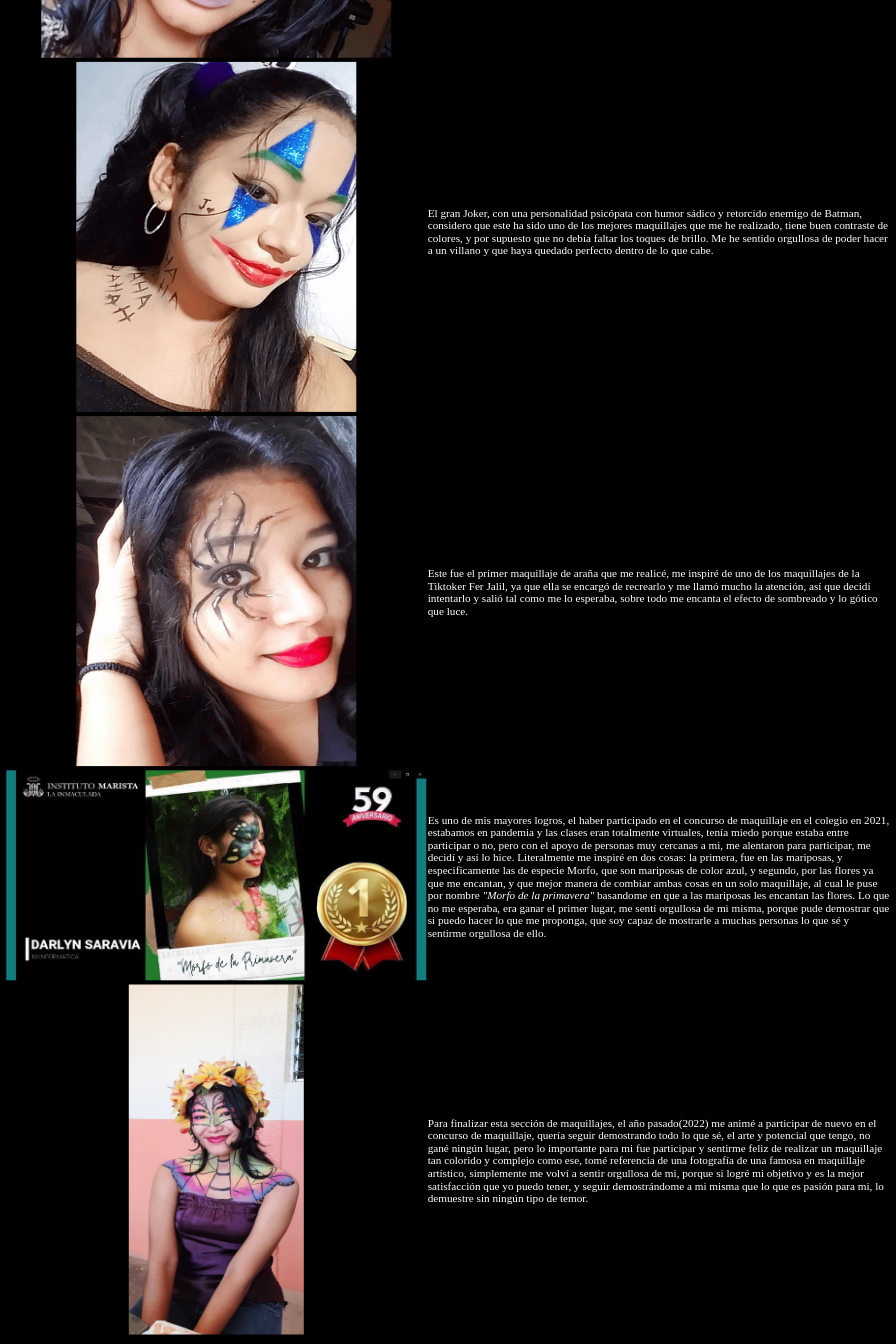
Repository: darlyn-saravia27/portafolio-darlynsaravia
Page: archivoshtml/maquillaje.html
These files come from the project's save history. The page is drawn as it stood at one moment and after the next save; the edit follows.
The browser window is 1280 px wide. The pictures show the part of the page from y = 3088 to 5008 px (the page is 5008 px tall before and 4908 px after), at 70% of full size.

Above is the page before, as saved 2023-03-07 02:32:17.

After the next save:
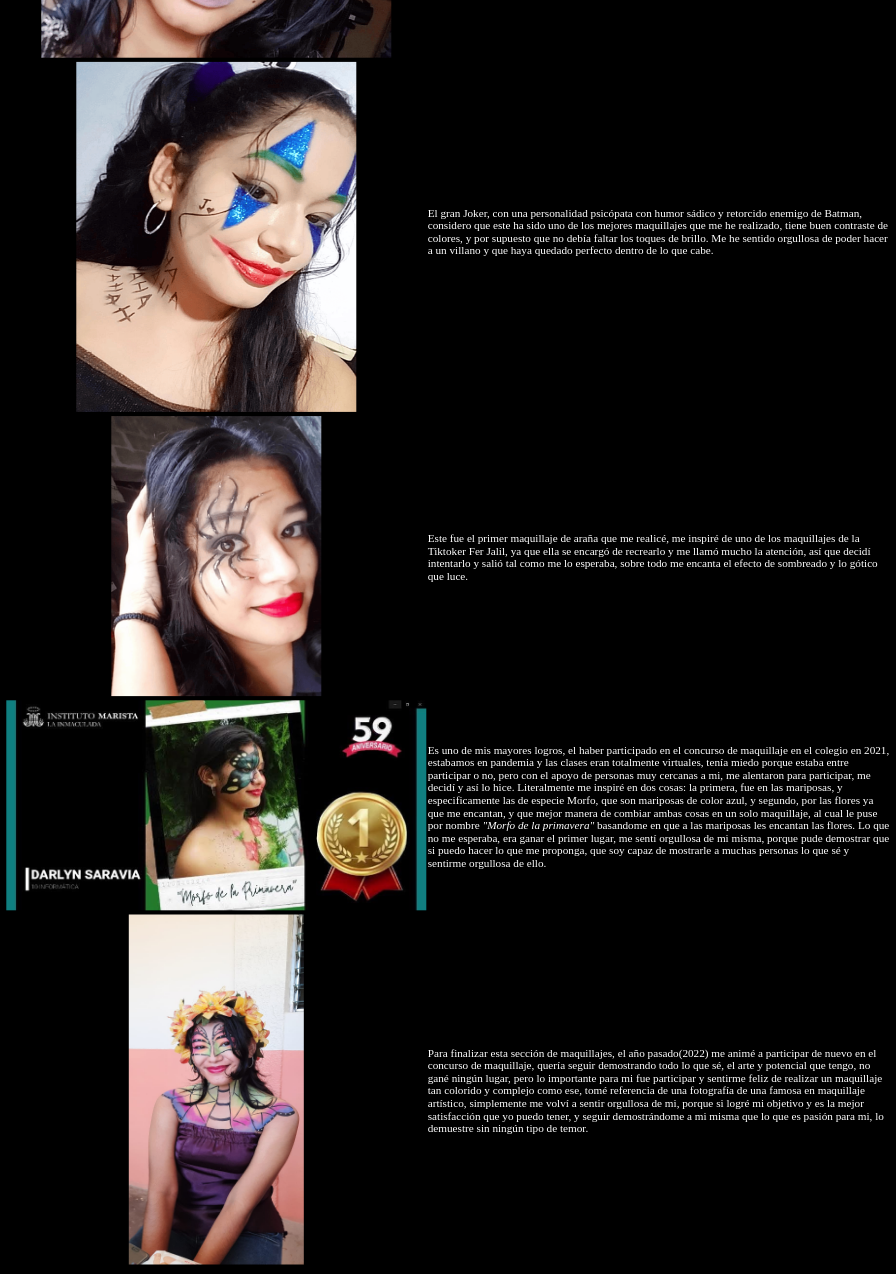
Saved 20 h 25 min later.
--- a/archivoshtml/maquillaje.html
+++ b/archivoshtml/maquillaje.html
@@ -126,7 +126,7 @@
         </tr>
         <tr>
             <td align="center">
-                <img src="fo8.png" width="400px" height="500px">
+                <img src="fo8.png" width="300px" height="400px">
             </td>
             <td><font color="white">Este fue el primer maquillaje de araña que me realicé, me
                 inspiré de uno de los maquillajes de la Tiktoker Fer Jalil, ya que ella se encargó de
